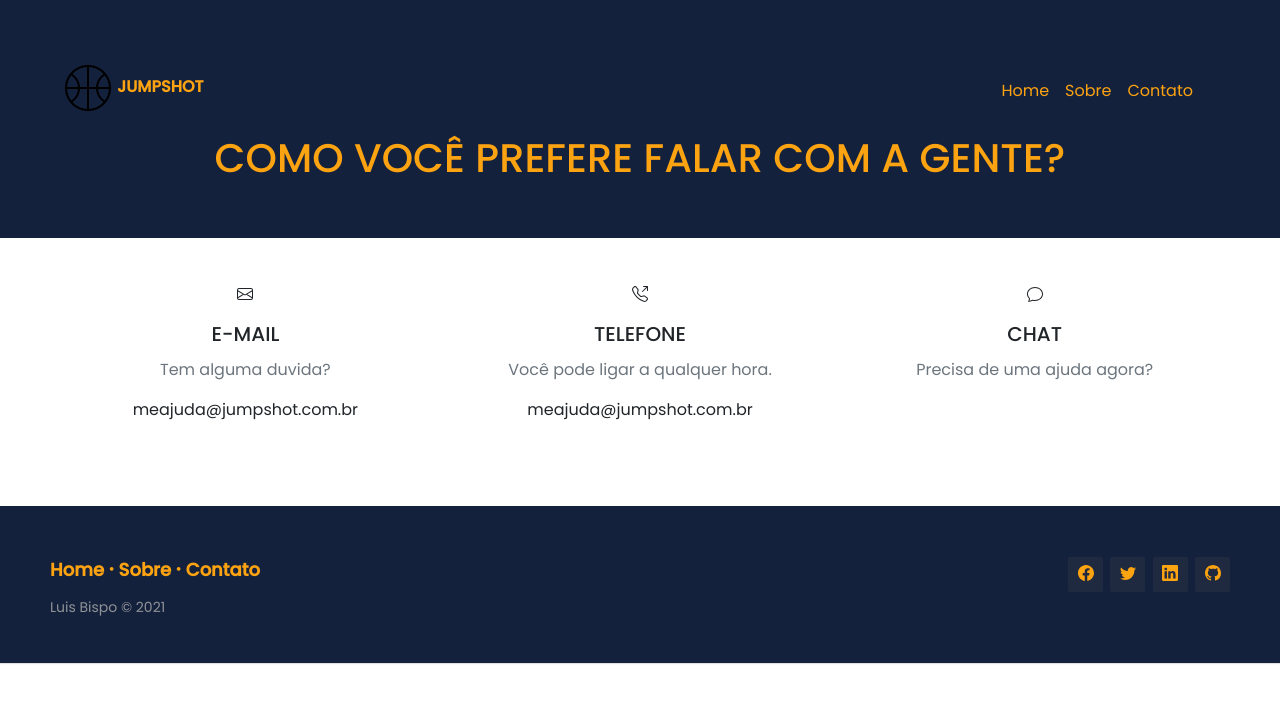
Repository: luisbisp/Jumpshot
Page: pages/contact.html
An editor plug-in stored every save of this project. The page is shown before and after the next save, followed by the edit.
The browser window is 1280 px wide. The pictures show the whole page.

Above is the page before, as saved 2021-07-07 20:19:56.

After the next save:
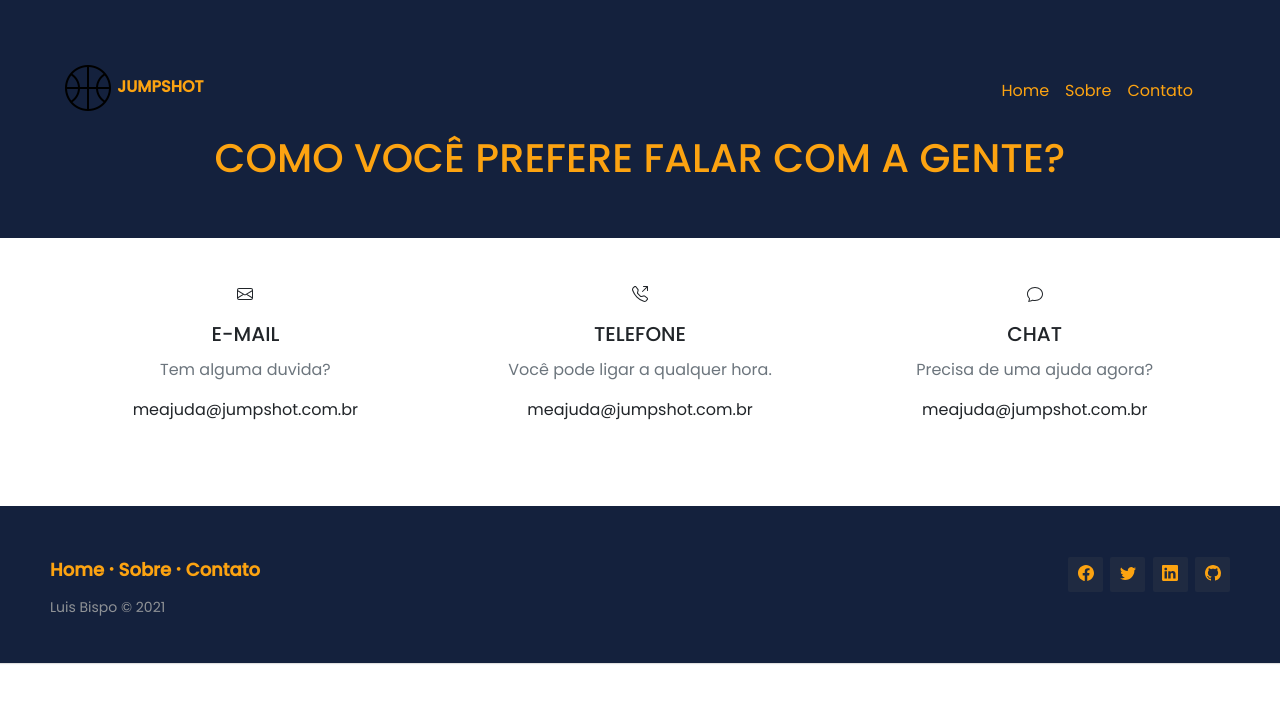
Saved 8 s later.
--- a/pages/contact.html
+++ b/pages/contact.html
@@ -102,6 +102,7 @@
                 <div class="card-body">
                     <h5 class="card-title text-center">CHAT</h5>
                     <p class="card-text text-center text-secondary">Precisa de uma ajuda agora?</p>
+                    <p class="text-center"> meajuda@jumpshot.com.br</p>
                 </div>
             </div>
         </div>
